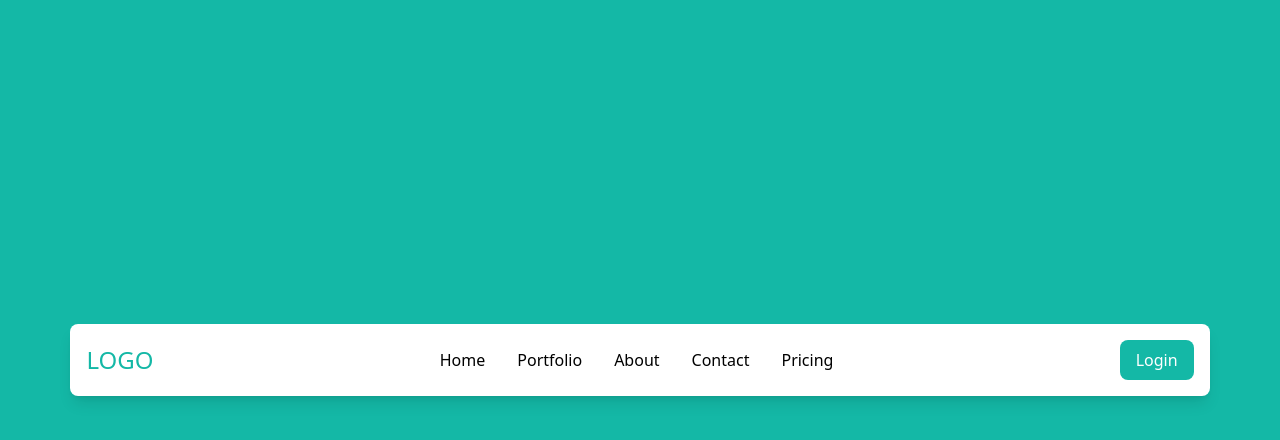
Repository: DevAntonioRogers/react-modal-with-dialog
Page: /
The author's editor kept a copy of each file at every save. The page is drawn from the files as they stood at one save, then again after the next save.
The browser window is 1280 px wide. The pictures show the whole page.
The project was rebuilt for these pictures with package versions that can differ from the ones it lists, and the page was loaded fresh each time. Also part of the build but not shown: vite.config.ts.

Above is the page before, as saved 2023-05-10 08:56:55.

### src/App.tsx
import { useState } from "react";

function App() {
  const [showModal, setShowModal] = useState(false);

  return (
    <div className="flex items-center justify-center w-screen h-screen bg-teal-500">
      <nav className="flex justify-between items-center p-4 w-[89%] bg-white m-auto rounded-lg shadow-lg">
        <div>
          <h1 className="text-2xl text-teal-500">LOGO</h1>
        </div>

        <ul className="flex items-center gap-8">
          <li>
            <a href="#">Home</a>
          </li>
          <li>
            <a href="#">Portfolio</a>
          </li>
          <li>
            <a href="#">About</a>
          </li>
          <li>
            <a href="#">Contact</a>
          </li>
          <li>
            <a href="#">Pricing</a>
          </li>
        </ul>

        <div>
          <button
            onClick={() => setShowModal(!showModal)}
            className="px-4 py-2 bg-teal-500 text-white rounded-lg cursor-pointer"
          >
            Login
          </button>
        </div>
      </nav>

      {showModal && (
        <dialog>
          <p>Greetings, one and all!</p>
          <form method="dialog">
            <button>OK</button>
          </form>
        </dialog>
      )}

      {}
    </div>
  );
}

export default App;

Loaded but not shown: index.html (common file); src/main.tsx (common file); src/index.css (common file); tailwind.config.js (common file)

After the next save:
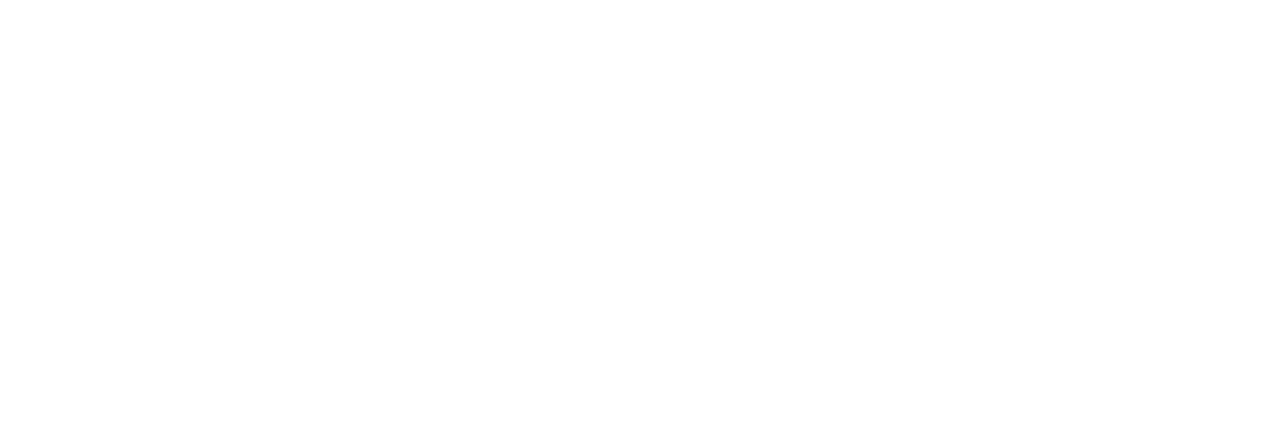
Console error: ReferenceError: showModal is not defined
Saved 2 min 13 s later.
--- a/src/App.tsx
+++ b/src/App.tsx
@@ -1,7 +1,7 @@
 import { useState } from "react";
 
 function App() {
-  const [showModal, setShowModal] = useState(false);
+  // const [showModal, setShowModal] = useState(false);
 
   return (
     <div className="flex items-center justify-center w-screen h-screen bg-teal-500">

After the save that followed:
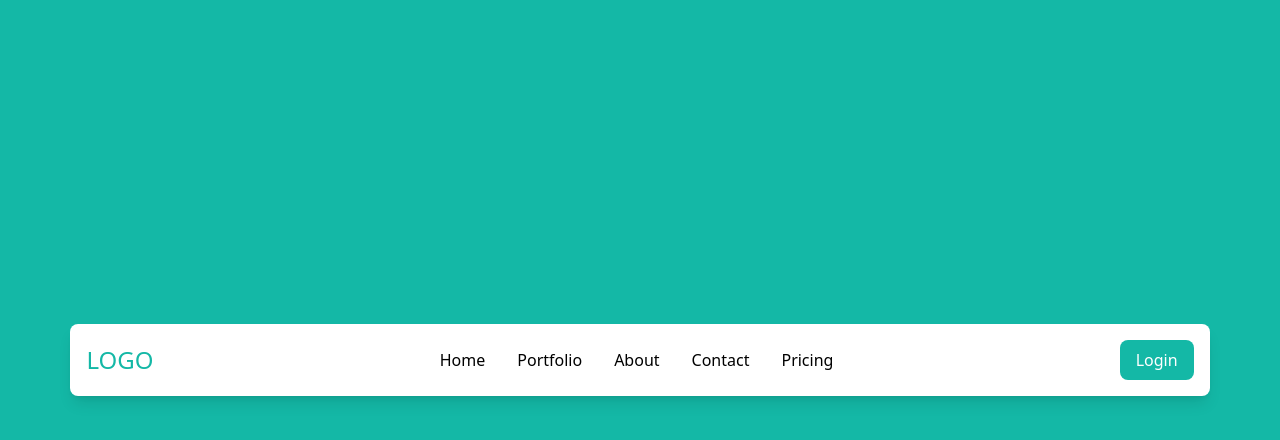
The error is gone.
Saved 29 s later.
--- a/src/App.tsx
+++ b/src/App.tsx
@@ -38,14 +38,12 @@
         </div>
       </nav>
 
-      {showModal && (
-        <dialog>
-          <p>Greetings, one and all!</p>
-          <form method="dialog">
-            <button>OK</button>
-          </form>
-        </dialog>
-      )}
+      <dialog>
+        <p>Greetings, one and all!</p>
+        <form method="dialog">
+          <button>OK</button>
+        </form>
+      </dialog>
 
       {}
     </div>
